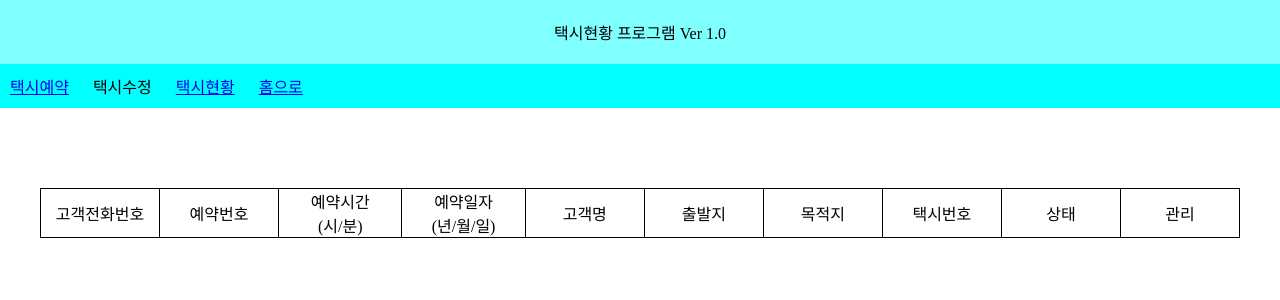
Repository: juntae710/acorn_web
Page: http://localhost/prj0828/오디션/참가자조회.jsp
These files come from the project's save history. The page is drawn as it stood at one moment and after the next save; the edit follows.
The browser window is 1280 px wide. The pictures show the whole page.
The page is served by Tomcat 9. Other server files are loaded and not shown. Queries for data that is not in the repository find no rows.

Above is the page before, as saved 2023-08-28 08:25:46.

### prj0828/src/main/webapp/오디션/참가자조회.jsp
<%@ page language="java" contentType="text/html; charset=UTF-8"
    pageEncoding="UTF-8"%>
    <%@  page import="java.sql.*" %>
<!DOCTYPE html>
<html>
<head>
<meta charset="UTF-8">
<title>Insert title here</title>
<link href="./css/list.css"  rel="stylesheet" />
<link href="../css/index.css" rel="stylesheet" />
<style type="text/css">
* {
	padding: 0px;
	margin: 0px;
}

table {
	margin: 0 auto;
	margin-top: 50px; width : 400px;
	border: 1px solid black;
	width: 1200px;
}

td {
	width: 200px;
	height: 30px; border : 1px solid black;
	text-align: center;
	border: 1px solid black;
}
</style>
</head>
<body>
	<header> 택시현황 프로그램 Ver 1.0 </header>
	<nav>
		<ul>
			<li><a href="택시예약.jsp">택시예약</a></li>
			<li>택시수정</li>
			<li><a href="list.jsp">택시현황</a></li>
			<li><a href="index.jsp">홈으로</a></li>
		</ul>

	</nav>
	<section>
		<table>
<tr>
	<td>고객전화번호</td>
	<td>예약번호</td>
	<td>예약시간<br>(시/분)</td>
	<td>예약일자<br> (년/월/일)</td>
	<td>고객명</td>
	<td>출발지</td>
	<td>목적지</td>
	<td>택시번호</td>
	<td>상태</td>
	<td>관리</td>
</tr>

<%
	Connection con=null;
	Statement st = null;
	ResultSet rs = null;
	try{
		String driver = "oracle.jdbc.driver.OracleDriver" ;
		String url="jdbc:oracle:thin:@localhost:1521:xe";
		String user="scott";
		String password="tiger";

		 //1. 오라클드라이버 로딩
		Class.forName(driver); //2. 데이터베이스 연결
		con= DriverManager.getConnection(url, user, password); //3. statement 얻어오기
		st = con.createStatement();
		 //4. 필요한 sql 작성
		String sql =" select substr(c.TEL, 1, 3) || '-' || substr(c.TEL, 4, 4)  || '-' || substr(c.TEL, 8, 4),l.REGNO , ";
				sql += " substr( lpad( l.REGTIME, 4, '0') , 1 ,2 )  || ':' || substr( lpad( l.REGTIME, 4, '0') , 3 ,2 ), ";
				sql += " to_char(l.RDDATE, 'yyyy-mm-dd') ,c.NAME ,l.STARTPOINT ,l.DESTINATION ,l.TAXINO , ";
				sql += " decode (l.STATE ,'P','배차완료','R','배차준비','X','배차미정' ) ";
				sql += " from tblcall_list l join tblcust c on l.CUSNO = c.ID ";
		      //5. 최종적으로 실행
		      System.out.println(sql);
		      rs = st.executeQuery( sql) ;
		 //6. 가져온 쿼리 결과를 화면에 출력하기
		while( rs.next() ) {
%>
<!-- db연동후 데이터 조회부분 -->
<tr>
	<td> <%=rs.getString(1) %></td>
	<td><%=rs.getString(2) %></td>
	<td><%=rs.getString(3) %></td>
	<td><%=rs.getString(4) %></td>
	<td><%=rs.getString(5) %></td>
	<td><%=rs.getString(6) %></td>
	<td><%=rs.getString(7) %></td>
	<td><%=rs.getString(8) %></td>
	<td><%=rs.getString(9) %></td>
	<td>수정/삭제</td>
</tr>
<%
		}
	}catch(Exception e){
		e.printStackTrace();
	}
	finally{ //자원의 반납
		if( rs!= null) rs.close();
		if( st != null) st.close();
		if( con != null) con.close();
	}
%>
</table>
	</section>
	<footer></footer>



</body>
</html>

### prj0828/src/main/webapp/css/index.css
@charset "UTF-8";
*{
	padding: 0px;
	margin: 0px;
}
header{
	padding: 20px;
	/*color: blue;*/
	background-color: rgb(128, 255, 255);
	text-align: center;
}
nav{
	padding: 10px;
	/*color: blue;*/
	background-color: rgb(0, 255, 255);
	/*text-align: center;*/
}
ul{
	list-style: none;
}
ul > li{
	display: inline-block;
	padding-right: 20px;
}
section{
	height: 500px;
	padding: 30px;
}
section ol{
	margin-top: 50px;
}
footer{
	background-color:  rgb(128, 255, 255);
}

### prj0828/src/main/webapp/css/list.css
@charset "UTF-8";
table{
	width: 800px;
	border:1px solid black;
	border-collapse: collapse;
}

td{
		border:1px solid black;

}

After the next save:
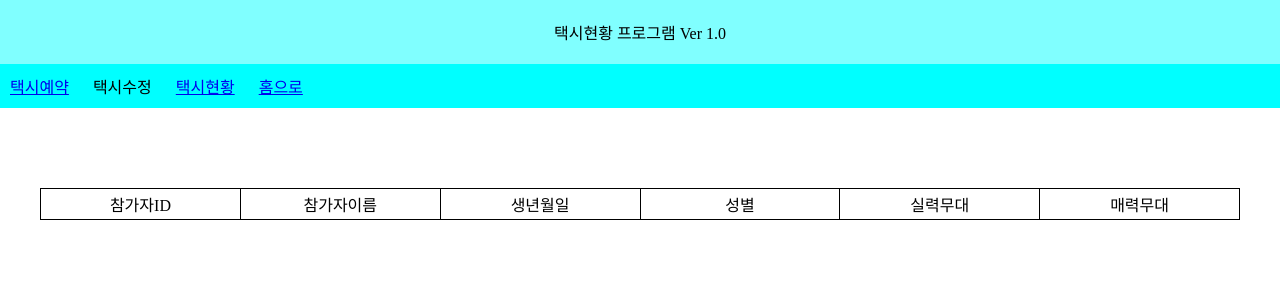
Saved 2 min 6 s later.
--- a/prj0828/src/main/webapp/오디션/참가자조회.jsp
+++ b/prj0828/src/main/webapp/오디션/참가자조회.jsp
@@ -43,16 +43,12 @@ td {
 	<section>
 		<table>
 <tr>
-	<td>고객전화번호</td>
-	<td>예약번호</td>
-	<td>예약시간<br>(시/분)</td>
-	<td>예약일자<br> (년/월/일)</td>
-	<td>고객명</td>
-	<td>출발지</td>
-	<td>목적지</td>
-	<td>택시번호</td>
-	<td>상태</td>
-	<td>관리</td>
+	<td>참가자ID</td>
+	<td>참가자이름</td>
+	<td>생년월일</td>
+	<td>성별</td>
+	<td>실력무대</td>
+	<td>매력무대</td>
 </tr>
 
 <%
